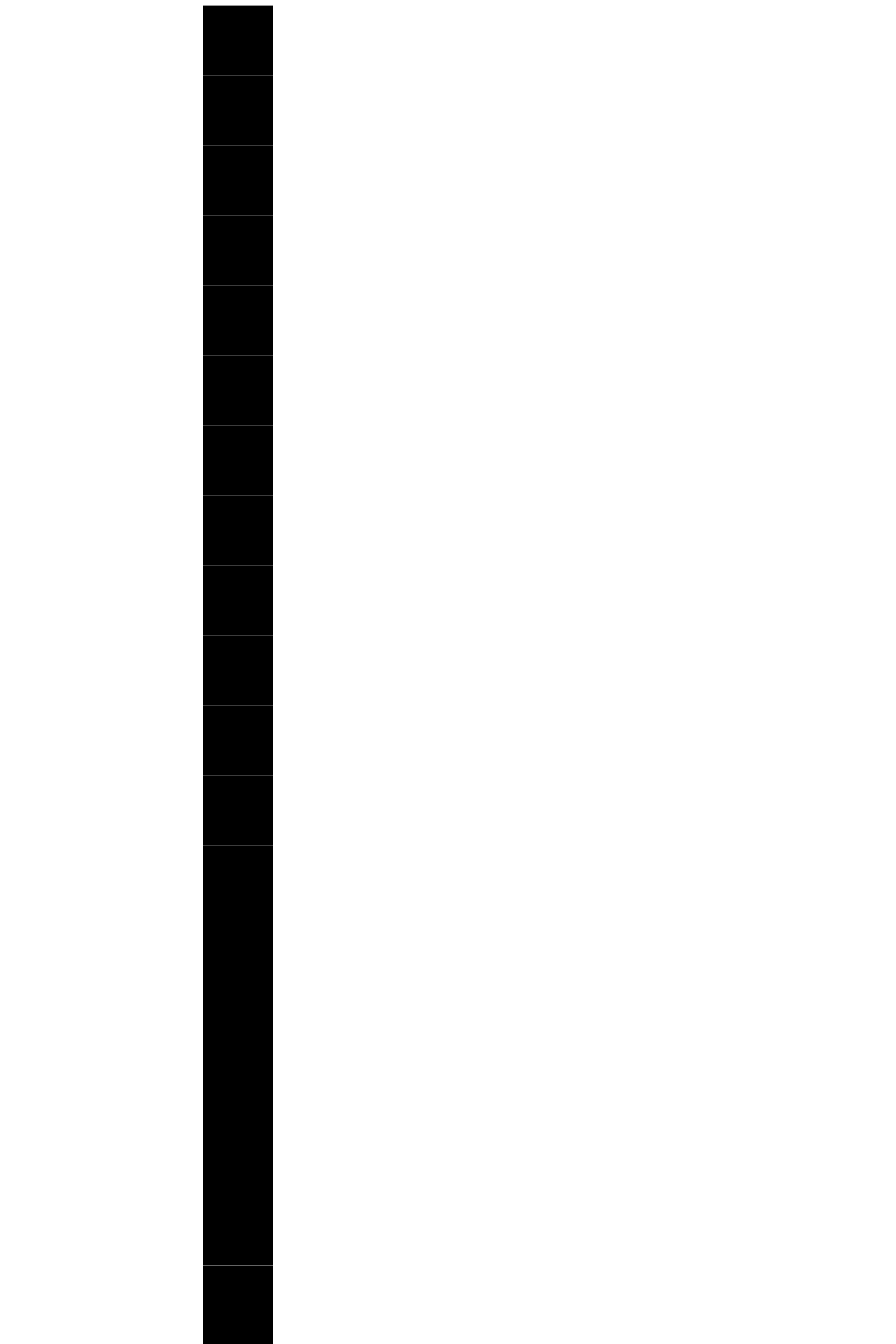
Repository: Lytecyde/emomemo
Page: html/index.html
The author's editor kept a copy of each file at every save. The page is drawn from the files as they stood at one save, then again after the next save.
The browser window is 1280 px wide. The pictures show the part of the page from y = 0 to 1920 px (the page is 3608 px tall before and 720 px after), at 70% of full size.

Above is the page before, as saved 2020-03-31 02:07:35.

After the next save:
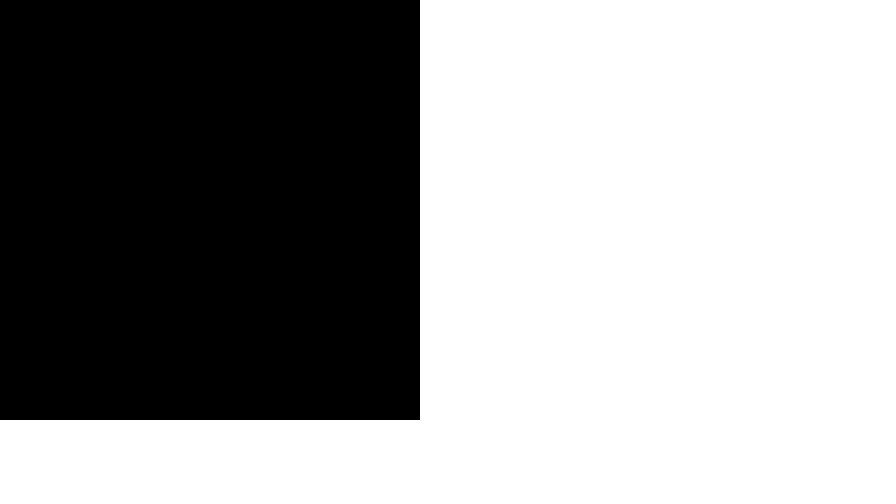
Saved 2 min 30 s later.
--- a/js/game.js
+++ b/js/game.js
@@ -73,12 +73,12 @@ game.createTable = function () {
 
     for (let x = 0; x < data.maxColumns; x++) {
         var column = document.createElement("div");
-        column.className = "column";
+        column.classNamed = "column";
         column.id = "c" + x;
         tableDIV.appendChild(column);
         for (let y = 0; y < data.maxRows; y++) {
             var card = game.DIVcard(x, y);
-            tableDIV.appendChild(card);
+            column.appendChild(card);
         }
     }
 };
